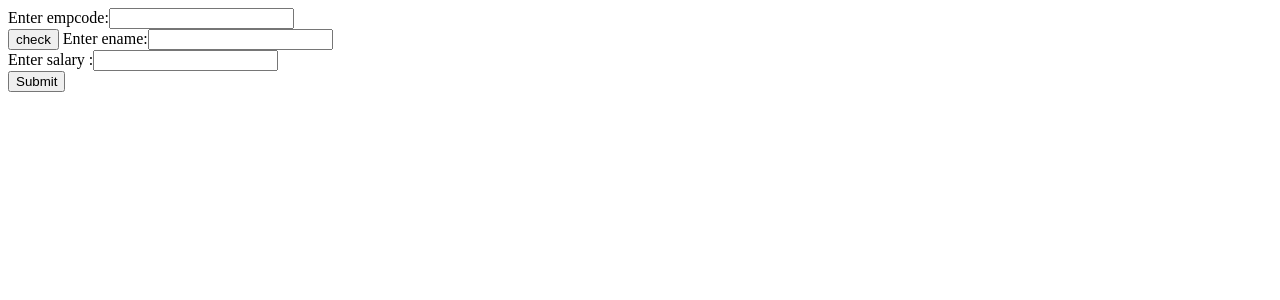
Repository: Susritha/workspace
Page: http://localhost/Jdbc/AddEmployee.jsp
These files come from the project's save history. The page is drawn as it stood at one moment and after the next save; the edit follows.
The browser window is 1280 px wide. The pictures show the whole page.
The page is served by Tomcat 9.

Above is the page before, as saved 2015-08-17 09:38:22.

After the next save:
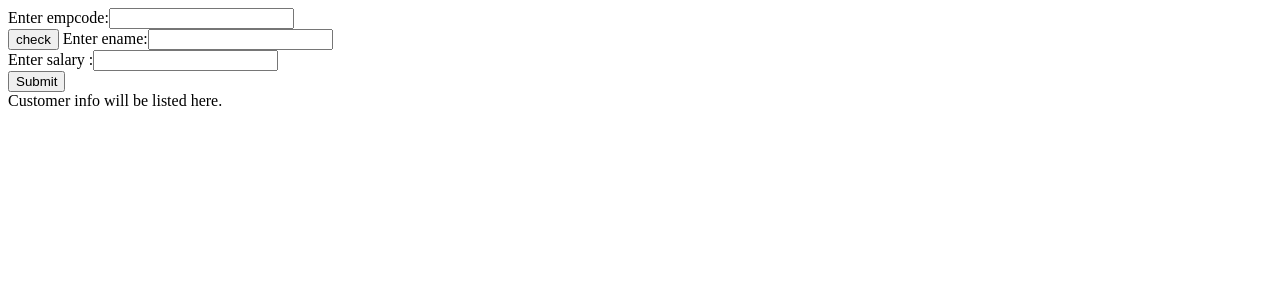
Saved 4 min 23 s later.
--- a/Jdbc/WebContent/AddEmployee.jsp
+++ b/Jdbc/WebContent/AddEmployee.jsp
@@ -41,7 +41,7 @@ Enter empcode:<input type="text" name="empcode"><br>
 Enter ename:<input type="text" name="ename"><br>
 Enter salary :<input type="text" name="salary"><br>
 <input type="submit"/>
-
+<div id="txtHint">Customer info will be listed here.</div>
 </form>
 </body>
 </html>
